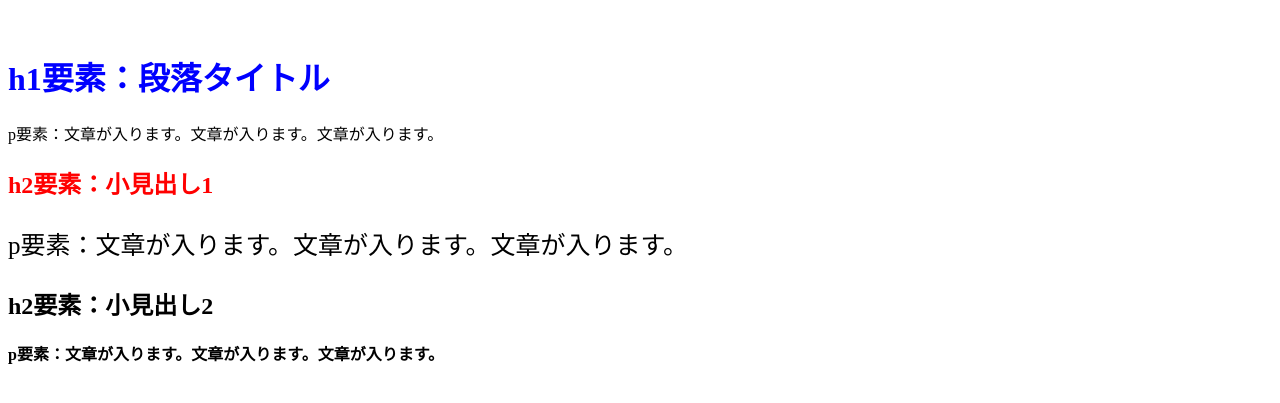
Repository: kota-nakasaka/samurai_HTML-CSS
Page: index.html
The author's editor kept a record of every edit. The page is drawn from the files as they stood at one moment, then again after the next edit.
The browser window is 1280 px wide. The pictures show the whole page.

Above is the page before.

### index.html
<!DOCTYPE html>
<html lang="ja">
  <head>
 　  <meta charset="UTF-8">
  　<title>HTML/CSSの学習</title>
  　<style>
      #red {
        color: red;
      }
       .blue {
         color: blue;
       }
  　</style>
  </head>
  <body>
    <h1 class="blue">h1要素：段落タイトル</h1>
    <p>p要素：文章が入ります。文章が入ります。文章が入ります。</p>
    <h2 id="red">h2要素：小見出し1</h2>
    <p style="font-size: 25px;">
      p要素：文章が入ります。文章が入ります。文章が入ります。
    </p>
    <h2>h2要素：小見出し2</h2>
    <p style="font-weight: bold;">
      p要素：文章が入ります。文章が入ります。文章が入ります。
    </p>
  </body>
</html>

After the next edit:
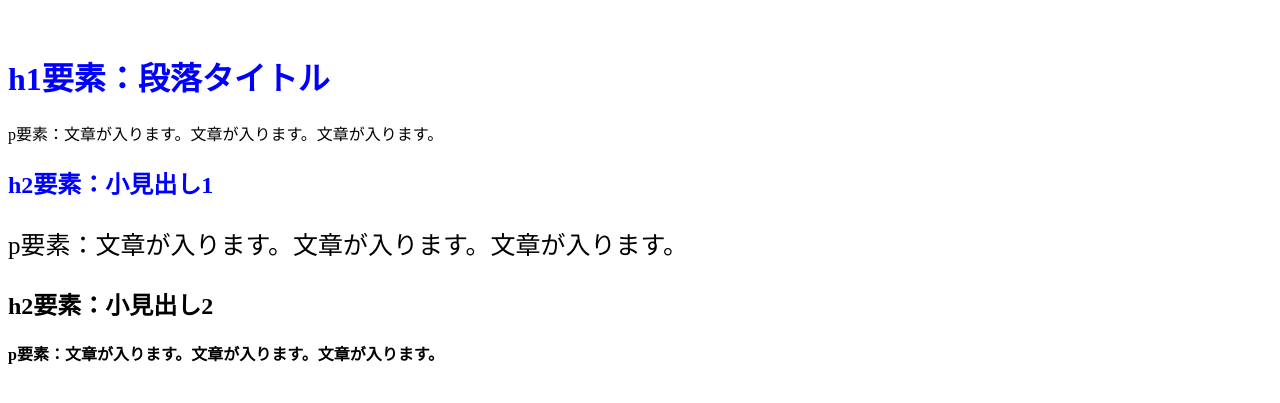
The edit:
--- a/index.html
+++ b/index.html
@@ -15,7 +15,7 @@
   <body>
     <h1 class="blue">h1要素：段落タイトル</h1>
     <p>p要素：文章が入ります。文章が入ります。文章が入ります。</p>
-    <h2 id="red">h2要素：小見出し1</h2>
+    <h2 class="blue">h2要素：小見出し1</h2>
     <p style="font-size: 25px;">
       p要素：文章が入ります。文章が入ります。文章が入ります。
     </p>
